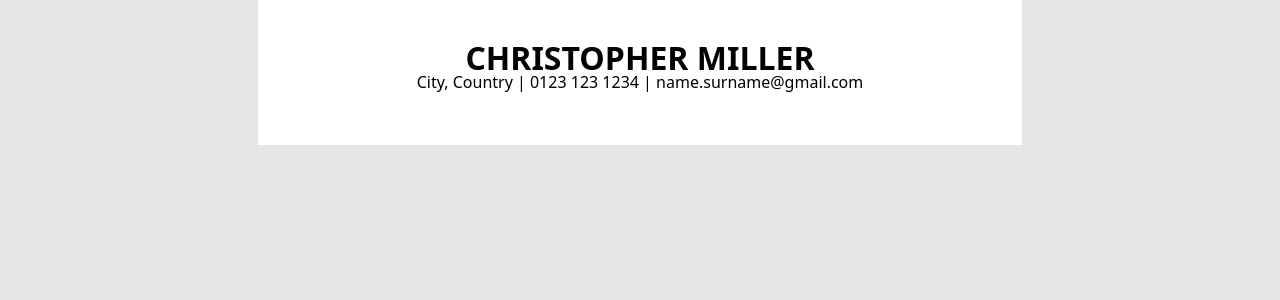
Repository: lannguyen1301/f8-zoom-day-4
Page: cv.html
These files come from the project's save history. The page is drawn as it stood at one moment and after the next save; the edit follows.
The browser window is 1280 px wide. The pictures show the whole page.

Above is the page before, as saved 2025-04-17 23:10:29.

After the next save:
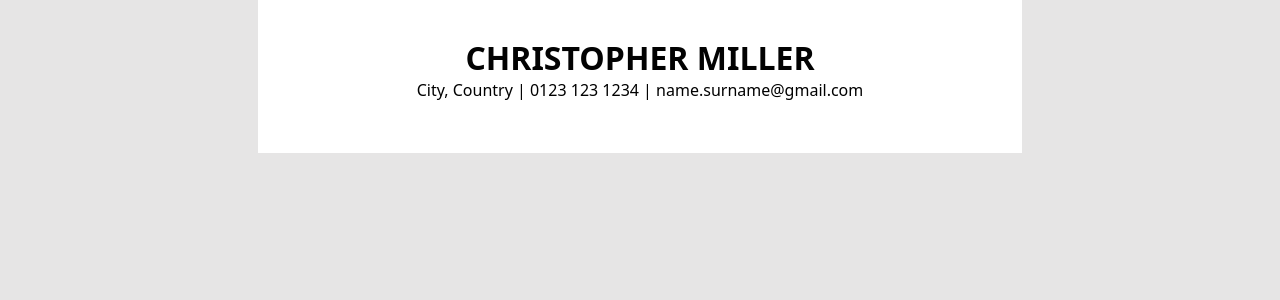
Saved 34 s later.
--- a/assets/css/style.css
+++ b/assets/css/style.css
@@ -61,6 +61,6 @@ a {
     border-radius: 5px;
 }
 
-.info-desc {
+.infor-desc {
     margin-top: 8px;
 }
